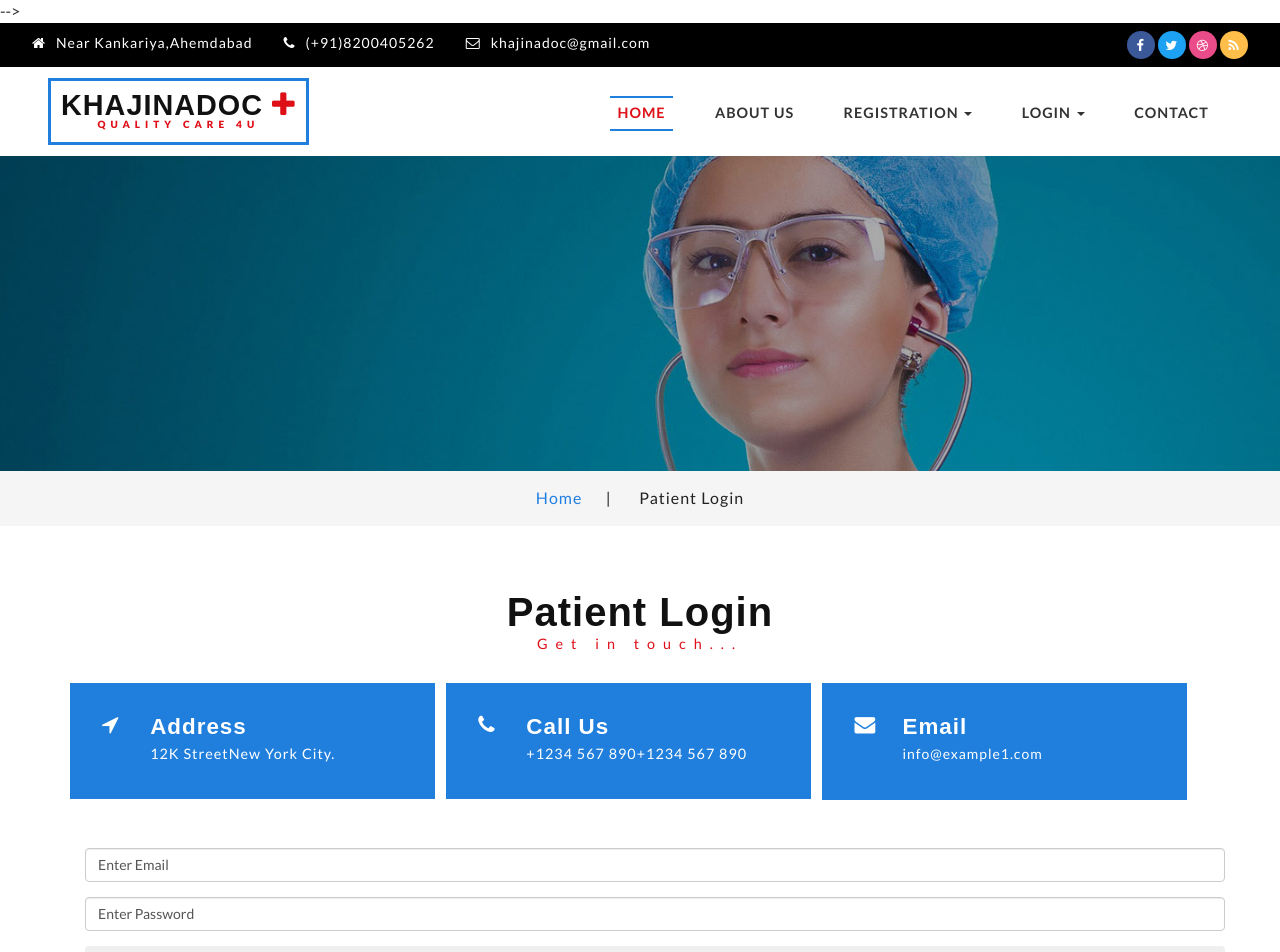
Repository: 72-faisal/Doctor_Finder
Page: http://localhost/Khajina_Doctor/Patient_Login.jsp
These files come from the project's save history. The page is drawn as it stood at one moment and after the next save; the edit follows.
The browser window is 1280 px wide. The pictures show the part of the page from y = 0 to 952 px (the page is 2170 px tall before and 2147 px after).
Some web fonts or font styles are not loaded; a fallback is used. The page is served by Tomcat 9. Other server files are loaded and not shown.

Above is the page before, as saved 2023-05-07 19:03:06.
Console error (its wording comes from the project's code and is left out).

### Khajina_Doctor/src/main/webapp/Patient_Login.jsp
<%@ page language="java" contentType="text/html; charset=ISO-8859-1"
    pageEncoding="ISO-8859-1"%>

<!--
author: W3layouts
author URL: http://w3layouts.com
License: Creative Commons Attribution 3.0 Unported
License URL: http://creativecommons.org/licenses/by/3.0/
-->
<!DOCTYPE html>
-->
<!DOCTYPE html>
<html lang="zxx">
<head>
<title>KhajinaDoc a Medical Online Solution |</title>
<!-- for-meta-tags-->
<meta name="viewport" content="width=device-width, initial-scale=1">
<meta http-equiv="Content-Type" content="text/html; charset=utf-8" />
<meta name="keywords"
	content="Health Plus Responsive web template, Bootstrap Web Templates, Flat Web Templates, Android Compatible web template,
Smartphone Compatible web template, free web designs for Nokia, Samsung, LG, SonyEricsson, Motorola web design" />
<script type="application/x-javascript">
	addEventListener("load", function() { setTimeout(hideURLbar, 0); }, false);
		function hideURLbar(){ window.scrollTo(0,1); }
</script>
<!-- //for-meta-tags-->
<link href="css/bootstrap.css" rel="stylesheet" type="text/css"
	media="all" />
<link rel="stylesheet" href="css/flexslider.css" type="text/css"
	media="screen" Department="" />
<link href="css/services.css" rel="stylesheet" type="text/css"
	media="all" />
<link href="css/ziehharmonika.css" rel="stylesheet" type="text/css">
<link href="css/JiSlider.css" rel="stylesheet">
<link href="css/style.css" rel="stylesheet" type="text/css" media="all" />
<!-- font-awesome icons -->
<link href="css/font-awesome.css" rel="stylesheet">
<!-- //font-awesome icons -->
<link
	href="//fonts.googleapis.com/css?family=Raleway:200,200i,300,300i,400,400i,500,500i,600,600i,700,700i,800"
	rel="stylesheet">
<link
	href="//fonts.googleapis.com/css?family=Lato:300,300i,400,400i,700,900"
	rel="stylesheet">

<style>
.overlay {
	border: 2px solid black;
	/* Set the border style to a 1px solid black line */
	padding: 10px;
	margin-top: 10px;
	/* Add some padding around the box content to make it easier to read */
}

.department .btn-group .btn:first-child {
	margin-right: 10px;
}

/* Style the primary button */
.btn-primary {
	background-color: #007bff;
	color: #fff;
	border: none;
}

/* Style the success button */
.btn-success {
	background-color: #28a745;
	color: #fff;
	border: none;
}

/* Add margin to the buttons */
.btn-group>.btn {
	margin-right: 5px;
}

.social_agileinfo li a {
	display: block;
	width: 30px;
	height: 30px;
	line-height: 30px;
	text-align: center;
	background: #333;
	border-radius: 50%;
	margin: 0 10px;
}

.social_agileinfo li a i {
	font-size: 18px;
}

.social_agileinfo li a:hover {
	background: #555;
}

.social_agileinfo li a:hover i {
	color: #fff;
}

.social_agileinfo li a:focus {
	outline: none;
}
</style>

</head>

<body>
	<div class="main" id="home">
		<!-- banner -->
		<div class="header_agileinfo">
			<div class="w3_agileits_header_text">
				<ul class="top_agile_w3l_info_icons">
					<li><i class="fa fa-home" aria-hidden="true"></i>Near
						Kankariya,Ahemdabad</li>
					<li class="second"><i class="fa fa-phone" aria-hidden="true"></i>(+91)8200405262</li>

					<li><i class="fa fa-envelope-o" aria-hidden="true"></i><a
						href="mailto:maria@example.com">khajinadoc@gmail.com</a></li>
				</ul>

			</div>
			<div class="agileinfo_social_icons">
				<ul class="agileits_social_list">
					<li><a href="72__faisal" class="w3_agile_facebook"><i
							class="fa fa-facebook" aria-hidden="true"></i></a></li>
					<li><a href="72__faisal" class="agile_twitter"><i
							class="fa fa-twitter" aria-hidden="true"></i></a></li>
					<li><a href="72__faisal" class="w3_agile_dribble"><i
							class="fa fa-dribbble" aria-hidden="true"></i></a></li>
					<li><a href="72__faisal" class="w3_agile_rss"><i
							class="fa fa-rss" aria-hidden="true"></i></a></li>
				</ul>
			</div>
			<div class="clearfix"></div>
		</div>

		<div class="header-bottom">
			<nav class="navbar navbar-default">
				<!-- Brand and toggle get grouped for better mobile display -->
				<div class="navbar-header">
					<button type="button" class="navbar-toggle collapsed"
						data-toggle="collapse" data-target="#bs-example-navbar-collapse-1">
						<span class="sr-only">Toggle navigation</span> <span
							class="icon-bar"></span> <span class="icon-bar"></span> <span
							class="icon-bar"></span>
					</button>
					<div class="logo">
						<h1>
							<a class="navbar-brand" href="index.jsp"><span>Khajina</span>Doc
								<i class="fa fa-plus" aria-hidden="true"></i>
								<p>Quality Care 4U</p></a>
						</h1>
					</div>
				</div>

				<!-- Collect the nav links, forms, and other content for toggling -->
				<div class="collapse navbar-collapse nav-wil"
					id="bs-example-navbar-collapse-1">
					<nav class="menu menu--sebastian">
						<ul id="m_nav_list" class="m_nav menu__list">
							<li class="m_nav_item menu__item menu__item--current"
								id="m_nav_item_1"><a href="index.jsp" class="menu__link">
									Home </a></li>
							<li class="m_nav_item menu__item" id="moble_nav_item_2"><a
								href="about.jsp" class="menu__link"> About Us </a></li>
							<li class="m_nav_item menu__item" id="moble_nav_item_3 dropdown">
								<a href="#" class="menu__link dropdown-toggle"
								data-toggle="dropdown">Registration <b class="caret"></b></a>
								<ul class="dropdown-menu agile_short_dropdown">
									<li><a href="Patient_Registration.jsp">As Patient </a></li>
									<li><a href="Doctor_Registration.jsp">As Doctor </a></li>
								</ul>
							</li>
							<li class="m_nav_item menu__item" id="moble_nav_item_3 dropdown">
								<a href="#" class="menu__link dropdown-toggle"
								data-toggle="dropdown">Login <b class="caret"></b></a>
								<ul class="dropdown-menu agile_short_dropdown">
									<li><a href="Patient_Login.jsp">Patient Login</a></li>
									<li><a href="Doctor_Login.jsp">Doctor Login</a></li>
									<li><a href="admin-Login.jsp">Admin Login</a></li>
								</ul>
							</li>
							<li class="m_nav_item menu__item" id="moble_nav_item_6"><a
								href="contact.jsp" class="menu__link"> Contact </a></li>
						</ul>
					</nav>

				</div>
				<!-- /.navbar-collapse -->
			</nav>
		</div>
	</div>
	<!-- banner -->
<!-- banner1 -->
	<div class="banner1 jarallax">
		<div class="container">
		</div>
	</div>

	<div class="services-breadcrumb">
		<div class="container">
			<ul>
				<li><a href="index.jsp">Home</a><i>|</i></li>
				<li>Patient Login</li>
			</ul>
		</div>
	</div>
<!-- //banner1 -->
	<div class="banner-bottom" id="about">
		<div class="container">
			<h2 class="w3_heade_tittle_agile">Patient Login</h2>
		    <p class="sub_t_agileits">Get in touch...</p>

           <div class="contact-top-agileits">
               <div class="col-md-4 contact-grid ">
					<div class="contact-grid1 agileits-w3layouts">
						<i class="fa fa-location-arrow"></i>
						<div class="con-w3l-info">
						   <h4>Address </h4>
						  <p>12K Street<span>New York City.</span></p>
						</div>
						<div class="clearfix"></div>
					</div>
				</div>
				<div class="col-md-4 contact-grid">
					<div class="contact-grid2 w3">
						<i class="fa fa-phone" aria-hidden="true"></i>
						<div class="con-w3l-info">
						  <h4>Call Us</h4>
						   <p>+1234 567 890<span>+1234 567 890</span></p>
						</div>
						<div class="clearfix"></div>
					</div>
				</div>
				<div class="col-md-4 contact-grid">
					<div class="contact-grid3 w3l">
						<i class="fa fa-envelope"></i>
						<div class="con-w3l-info">
						  <h4>Email</h4>
						  <p><a href="mailto:info@example.com">info@example1.com</a>

						  </p></div>
						  <div class="clearfix"></div>
					</div>
				</div>
				<div class="clearfix"></div>

			</div>
			<div class="contact-form-aits">
				 <!--contact -->
      <section class="contact py-lg-4 py-md-3 py-sm-3 py-3">
         <div class="container py-lg-5 py-md-4 py-sm-4 py-3">
            <div class="contact-list-grid">
             <%String msg = (String)request.getAttribute("msg"); %>
            <%if(msg!=null){ %>
            	<h4><%out.print(msg); %></h4>
            <%} %>

               <form action="PatientController" method="post">
                  <div class=" agile-wls-contact-mid">


                   <div class="form-group contact-forms">
                        <input type="email" class="form-control" placeholder="Enter Email" name="email">
                     </div>
                   <div class="form-group contact-forms">
                        <input type="password" class="form-control" placeholder="Enter Password" name="password">
                    </div>
                    <button type="submit" name="action" value="Login"  class="btn btn-block sent-butnn">Login</button>
                  </div>

               </form>
                <h5 class="text-center mb-lg-5 mb-md-4 mb-sm-4 mb-3">
               	<a href="Patient-forgetpassword.jsp">Forget Password?></a>
               </h5>
            </div>
         </div>
         <!--//contact-map -->
      </section>
				  <ul class="agileits_social_list two">
				        <li class="fallow"> Follow Us :</li>
								<li><a href="#" class="w3_agile_facebook"><i class="fa fa-facebook" aria-hidden="true"></i></a></li>
								<li><a href="#" class="agile_twitter"><i class="fa fa-twitter" aria-hidden="true"></i></a></li>
								<li><a href="#" class="w3_agile_dribble"><i class="fa fa-dribbble" aria-hidden="true"></i></a></li>
								<li><a href="#" class="w3_agile_rss"><i class="fa fa-rss" aria-hidden="true"></i></a></li>
							</ul>

			   </div>
	    </div>
	</div>

<div class="map_agile">
<iframe src="https://www.google.com/maps/embed?pb=!1m18!1m12!1m3!1d387142.84010033106!2d-74.25819252532891!3d40.70583163828471!2m3!1f0!2f0!3f0!3m2!1i1024!2i768!4f13.1!3m3!1m2!1s0x89c24fa5d33f083b%3A0xc80b8f06e177fe62!2sNew+York%2C+NY%2C+USA!5e0!3m2!1sen!2sin!4v1475140387172" style="border:0"></iframe>


</div>
	<!-- footer -->
	<div class="footer">
		<div class="container">
			<h4>
				Subscribe to <span>Newsletter</span>
			</h4>
			<form action="#" method="post">
				<input type="email" name="Email" placeholder="Enter Your Email..."
					required=""> <input type="submit" value="Send">
			</form>
			<div class="agile_footer_copy">
				<div class="w3agile_footer_grids">
					<div class="col-md-4 w3agile_footer_grid">
						<h3>About Us</h3>
						<p>
							"Welcome to KhajinDoc, the leading doctor finder app for
							finding top-quality healthcare providers near you. Our app is
							designed to make it easy for you to find and book appointments
							with the best doctors, surgeons, and specialists in your area.</span>
						</p>
					</div>
					<div class="col-md-4 w3agile_footer_grid">
						<h3>Contact Info</h3>
						<ul>
							<li><i class="fa fa-map-marker" aria-hidden="true"></i>Near
								Kankariya <span>Ahmedabad.</span></li>
							<li><i class="fa fa-envelope-o" aria-hidden="true"></i><a
								href="khajinadoc@gmail.com">khajinadoc@gmail.com</a></li>
							<li><i class="fa fa-phone" aria-hidden="true"></i>+91
								8200405262</li>
						</ul>
					</div>
					<div class="col-md-4 w3agile_footer_grid w3agile_footer_grid1">
						<h3>Navigation</h3>
						<ul>
							<li><span class="fa fa-long-arrow-right" aria-hidden="true"></span><a
								href="Department-home.jsp">Department</a></li>
							<li><span class="fa fa-long-arrow-right" aria-hidden="true"></span><a
								href="appointment.jsp">Appointment</a></li>
							<li><span class="fa fa-long-arrow-right" aria-hidden="true"></span><a
								href="about.jsp">About</a></li>
							<li><span class="fa fa-long-arrow-right" aria-hidden="true"></span><a
								href="contact.jsp">Contact Us</a></li>
						</ul>
					</div>
					<div class="clearfix"></div>
				</div>
			</div>
			<div class="w3_agileits_copy_right_social">
				<div class="col-md-6 agileits_w3layouts_copy_right">
					<p>&copy; 2023 KHAJINADOC. All rights reserved.</p>
				</div>
				<div class="col-md-6 w3_agile_copy_right">
					<ul class="agileits_social_list">
						<li><a href="#" class="w3_agile_facebook"><i
								class="fa fa-facebook" aria-hidden="true"></i></a></li>
						<li><a href="#" class="agile_twitter"><i
								class="fa fa-twitter" aria-hidden="true"></i></a></li>
						<li><a href="#" class="w3_agile_dribble"><i
								class="fa fa-dribbble" aria-hidden="true"></i></a></li>
						<li><a href="#" class="w3_agile_rss"><i class="fa fa-rss"
								aria-hidden="true"></i></a></li>
					</ul>
				</div>
				<div class="clearfix"></div>
			</div>
		</div>
	</div>
	<!-- //footer -->
	<a href="#" id="toTop" style="display: block;"> <span
		id="toTopHover" style="opacity: 1;"> </span></a>
	<!-- js -->
	<script src="js/jquery-2.2.3.min.js"></script>
	<script src="js/JiSlider.js"></script>
	<script>
		$(window).load(function() {
			$('#JiSlider').JiSlider({
				color : '#fff',
				start : 3,
				reverse : true
			}).addClass('ff')
		})
	</script>
	<script type="text/javascript">
		var _gaq = _gaq || [];
		_gaq.push([ '_setAccount', 'UA-36251023-1' ]);
		_gaq.push([ '_setDomainName', 'jqueryscript.net' ]);
		_gaq.push([ '_trackPageview' ]);

		(function() {
			var ga = document.createElement('script');
			ga.type = 'text/javascript';
			ga.async = true;
			ga.src = ('https:' == document.location.protocol ? 'https://ssl'
					: 'http://www')
					+ '.google-analytics.com/ga.js';
			var s = document.getElementsByTagName('script')[0];
			s.parentNode.insertBefore(ga, s);
		})();
	</script>

	<script src="js/ziehharmonika.js"></script>
	<script>
		$(document).ready(function() {
			$('.ziehharmonika').ziehharmonika({
				collapsible : true,
				prefix : ''
			});
		});
	</script>
	<!-- stats -->
	<script src="js/jquery.waypoints.min.js"></script>
	<script src="js/jquery.countup.js"></script>
	<script>
		$('.counter').countUp();
	</script>
	<!-- //stats -->
	<script type="text/javascript">
		$(function() {
			$("#bars li .bar").each(function(key, bar) {
				var percentage = $(this).data('percentage');

				$(this).animate({
					'height' : percentage + '%'
				}, 1000);
			})
		})
	</script>

	<!-- bootstrap-pop-up -->
	<div class="modal video-modal fade" id="myModal" tabindex="-1"
		role="dialog" aria-labelledby="myModal">
		<div class="modal-dialog" role="document">
			<div class="modal-content">
				<div class="modal-header">
					Health Plus
					<button type="button" class="close" data-dismiss="modal"
						aria-label="Close">
						<span aria-hidden="true">&times;</span>
					</button>
				</div>
				<section>
					<div class="modal-body">
						<img src="images/g9.jpg" alt=" " class="img-responsive" />
						<p>
							Ut enim ad minima veniam, quis nostrum exercitationem ullam
							corporis suscipit laboriosam, nisi ut aliquid ex ea commodi
							consequatur? Quis autem vel eum iure reprehenderit qui in ea
							voluptate velit esse quam nihil molestiae consequatur, vel illum
							qui dolorem eum fugiat quo voluptas nulla pariatur. <i>" Quis
								autem vel eum iure reprehenderit qui in ea voluptate velit esse
								quam nihil molestiae consequatur.</i>
						</p>
					</div>
				</section>
			</div>
		</div>
	</div>
	<!-- //bootstrap-pop-up -->

	<!-- flexSlider -->
	<script defer src="js/jquery.flexslider.js"></script>
	<script type="text/javascript">
		$(window).load(function() {
			$('.flexslider').flexslider({
				animation : "slide",
				start : function(slider) {
					$('body').removeClass('loading');
				}
			});
		});
	</script>
	<!-- //flexSlider -->


	<!-- start-smoth-scrolling -->
	<script type="text/javascript" src="js/move-top.js"></script>
	<script type="text/javascript" src="js/easing.js"></script>
	<script type="text/javascript">
		jQuery(document).ready(function($) {
			$(".scroll").click(function(event) {
				event.preventDefault();
				$('html,body').animate({
					scrollTop : $(this.hash).offset().top
				}, 1000);
			});
		});
	</script>
	<!-- start-smoth-scrolling -->
	<script src="js/jarallax.js"></script>
	<script src="js/SmoothScroll.min.js"></script>
	<script type="text/javascript">
		/* init Jarallax */
		$('.jarallax').jarallax({
			speed : 0.5,
			imgWidth : 1366,
			imgHeight : 768
		})
	</script>

	<script src="js/bootstrap.js"></script>
	<!-- //for bootstrap working -->
	<!-- here stars scrolling icon -->
	<script type="text/javascript">
		$(document).ready(function() {
			/*
				var defaults = {
				containerID: 'toTop', // fading element id
				containerHoverID: 'toTopHover', // fading element hover id
				scrollSpeed: 1200,
				easingType: 'linear'
				};
			 */

			$().UItoTop({
				easingType : 'easeOutQuart'
			});

		});
	</script>
	<!-- //here ends scrolling icon -->
</body>
</html>

### Khajina_Doctor/src/main/webapp/css/services.css
.ch-item {
	width: 100%;
	height: 100%;
	border-radius: 50%;
	position: relative;
	cursor: default;
	-webkit-perspective: 900px;
	-moz-perspective: 900px;
	-o-perspective: 900px;
	-ms-perspective: 900px;
	perspective: 900px;
}
.ch-info{
	position: absolute;
	width: 100%;
	height: 100%;
	-webkit-transform-style: preserve-3d;
	-moz-transform-style: preserve-3d;
	-o-transform-style: preserve-3d;
	-ms-transform-style: preserve-3d;
	transform-style: preserve-3d;
}
.ch-info > div {
	display: block;
	position: absolute;
	width: 100%;
	height: 100%;
	border-radius: 50%;
	background-position: center center;
	-webkit-transition: all 0.4s linear;
	-moz-transition: all 0.4s linear;
	-o-transition: all 0.4s linear;
	-ms-transition: all 0.4s linear;
	transition: all 0.4s linear;
	-webkit-transform-origin: 50% 0%;
	-moz-transform-origin: 50% 0%;
	-o-transform-origin: 50% 0%;
	-ms-transform-origin: 50% 0%;
	transform-origin: 50% 0%;
}

.ch-info .ch-info-front {
      border: 10px solid #1c588e;
    background: #fff;
}

.ch-info .ch-info-back {
	-webkit-transform: translate3d(0,0,-220px) rotate3d(1,0,0,90deg);
	-moz-transform: translate3d(0,0,-220px) rotate3d(1,0,0,90deg);
	-o-transform: translate3d(0,0,-220px) rotate3d(1,0,0,90deg);
	-ms-transform: translate3d(0,0,-220px) rotate3d(1,0,0,90deg);
	transform: translate3d(0,0,-220px) rotate3d(1,0,0,90deg);
	background: #000;
	opacity: 0;
}
.ch-info-front.ch-img-1 i,.ch-info-front.ch-img-2 i,.ch-info-front.ch-img-3 i ,.ch-info-front.ch-img-4 i ,.ch-info-front.ch-img-5 i   {
    color: #232323;
    font-size: 4em;
    line-height: 3em;
}

.ch-info h5 {
    color: #fff;
    text-transform: uppercase;
    letter-spacing: 2px;
    font-size: 20px;
    margin: 0 15px;
    padding: 78px 0 0 0;
    height: 110px;
    text-shadow: 0 0 1px #fff, 0 1px 2px rgba(0,0,0,0.3);
}

.ch-info p {
	color: #de0f17;
    padding:10px 5px;
    font-style:italic;
    margin:0 30px;
    font-size:12px;
    border-top:1px solid rgba(47, 46, 46, 0.5);
}

.ch-info p a {
	display: block;
	color: #fff;
	color: rgba(255,255,255,0.7);
	font-style: normal;
	font-weight: 700;
	text-transform: uppercase;
	font-size: 9px;
	letter-spacing: 1px;
	padding-top: 4px;
	font-family: 'Open Sans', Arial, sans-serif;
}

.ch-info p a:hover {
	color: #fff222;
	color: rgba(255,242,34, 0.8);
}

.ch-item:hover .ch-info-front {
	-webkit-transform: translate3d(0,280px,0) rotate3d(1,0,0,-90deg);
	-moz-transform: translate3d(0,280px,0) rotate3d(1,0,0,-90deg);
	-o-transform: translate3d(0,280px,0) rotate3d(1,0,0,-90deg);
	-ms-transform: translate3d(0,280px,0) rotate3d(1,0,0,-90deg);
	transform: translate3d(0,280px,0) rotate3d(1,0,0,-90deg);
	opacity: 0;
}

.ch-item:hover .ch-info-back {
	-webkit-transform: rotate3d(1,0,0,0deg);
	-moz-transform: rotate3d(1,0,0,0deg);
	-o-transform: rotate3d(1,0,0,0deg);
	-ms-transform: rotate3d(1,0,0,0deg);
	transform: rotate3d(1,0,0,0deg);
	opacity: 1;
}

### Khajina_Doctor/src/main/webapp/css/ziehharmonika.css
/* @author Tim himself */

.ziehharmonika h3 {
    background: rgba(255, 255, 255, 0);
    color: #151414;
    text-align: left;
    border-radius: 0px;
    padding: 25px 20px;
    cursor: pointer;
    margin-top: 0;
    margin-bottom: 25px;
    padding-right: 40px;
    transition: 0.25s all;
    position: relative;
    border: 6px solid #191919;
    font-weight: 700;
    letter-spacing: 1px;
}
.ziehharmonika h3.active {
    margin-bottom: 21px;
  background: #207fdc;
    border: 6px solid rgba(44, 185, 139, 0.01);
}
.ziehharmonika h3::before {
	content: attr(data-prefix);
	font-size: 18px;
	margin-right: 9px;
}
.ziehharmonika > div {
	display: none;
	    background: #fff;
    border-radius: 0;
    border: 1px solid #cdcdcd;
    text-align: left;
    padding: 31px 33px;
    margin-bottom: 9px;
}
.ziehharmonika .arrowDown {
	width: 0;
	height: 0;
	border-style: solid;
	border-width: 13.0px 7.5px 0 7.5px;
	border-color: #272e35 transparent transparent transparent;
	position: absolute;
	bottom: 0;
	left: 40px;
	transition: 0.25s all;
	opacity: 0;
}
.ziehharmonika .active .arrowDown {
       bottom: -18px;
    border-color: #207fdc transparent transparent transparent;
    opacity: 1;
}
.ziehharmonika .collapseIcon {
	    position: absolute;
    right: 20px;
    top: 52%;
    font-size: 30px;
    font-weight: 400;
    -ms-transform: translate(0, -50%);
    transform: translate(0, -50%);
}
/*--/Responsive--*/
@media(max-width:640px){
	.ziehharmonika > div {
		display: none;
		background: #fff;
		border-radius: 0;
		border: 1px solid #cdcdcd;
		text-align: left;
		padding: 15px 15px;
		margin-bottom: 9px;
	}
	.ziehharmonika h3 {
      padding: 15px 20px;
	}
}
@media(max-width:414px){
	.ziehharmonika h3 {
		padding: 9px 15px;
		margin-bottom: 14px;
		padding-right: 40px;
		font-size: 1.2em;
	}
}
/*--//Responsive--*/

Loaded but not shown: Khajina_Doctor/src/main/webapp/css/bootstrap.css (library); Khajina_Doctor/src/main/webapp/css/font-awesome.css (library); Khajina_Doctor/src/main/webapp/js/jquery-2.2.3.min.js (library); Khajina_Doctor/src/main/webapp/js/jquery.waypoints.min.js (library); Khajina_Doctor/src/main/webapp/js/jquery.countup.js (common file); Khajina_Doctor/src/main/webapp/js/SmoothScroll.min.js (library); Khajina_Doctor/src/main/webapp/js/bootstrap.js (library); Khajina_Doctor/src/main/webapp/js/jquery.flexslider.js (library); Khajina_Doctor/src/main/webapp/js/jarallax.js (433 lines, source omitted); Khajina_Doctor/src/main/webapp/js/JiSlider.js (205 lines, source omitted); Khajina_Doctor/src/main/webapp/js/easing.js (140 lines, source omitted); Khajina_Doctor/src/main/webapp/js/ziehharmonika.js (81 lines, source omitted); Khajina_Doctor/src/main/webapp/js/move-top.js (5 lines, source omitted); Khajina_Doctor/src/main/webapp/css/style.css (4106 lines, source omitted); Khajina_Doctor/src/main/webapp/css/JiSlider.css (298 lines, source omitted); Khajina_Doctor/src/main/webapp/css/flexslider.css (157 lines, source omitted)

After the next save:
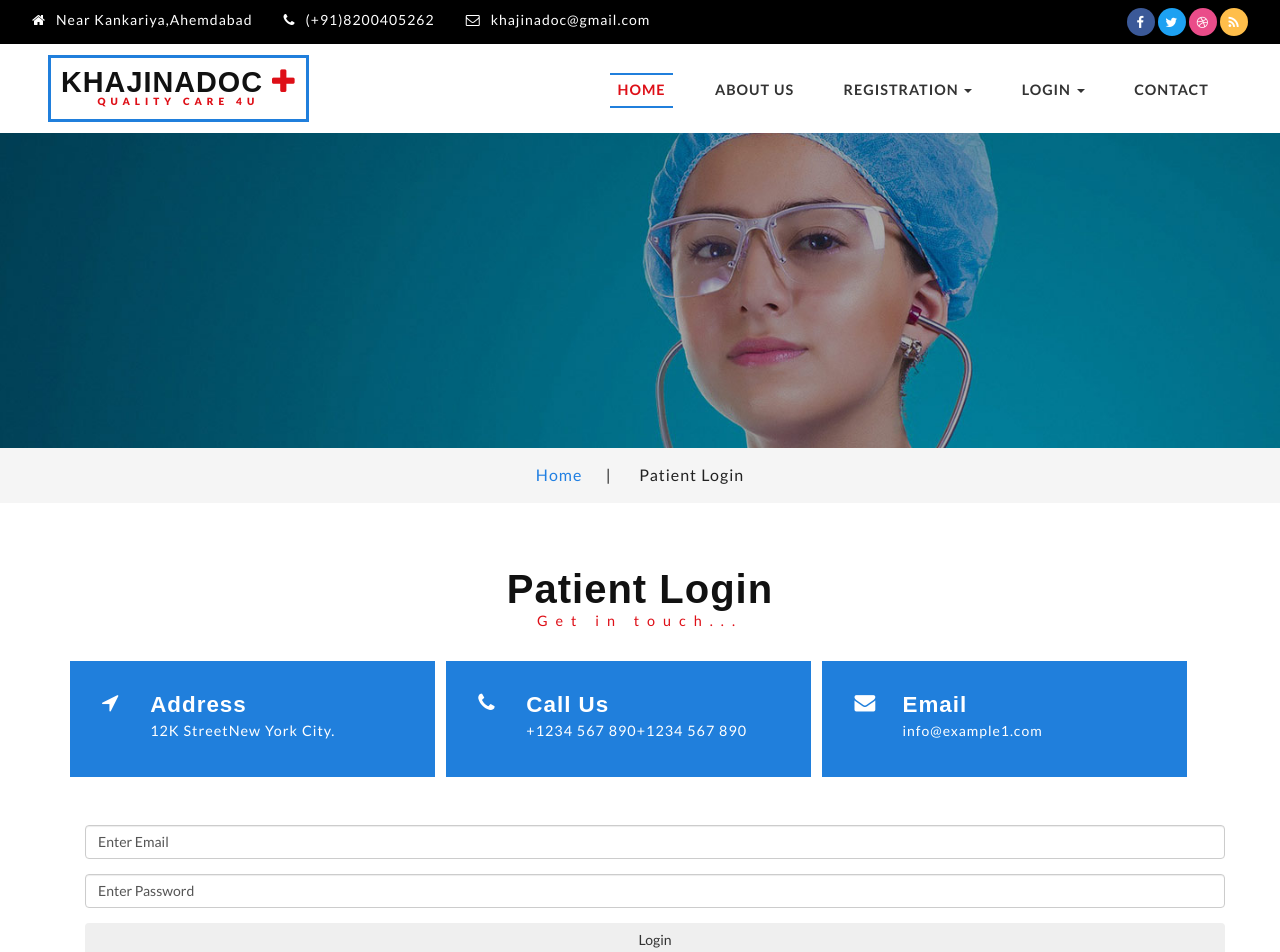
Saved 65 s later.
--- a/Khajina_Doctor/src/main/webapp/Patient_Login.jsp
+++ b/Khajina_Doctor/src/main/webapp/Patient_Login.jsp
@@ -6,8 +6,6 @@ author: W3layouts
 author URL: http://w3layouts.com
 License: Creative Commons Attribution 3.0 Unported
 License URL: http://creativecommons.org/licenses/by/3.0/
--->
-<!DOCTYPE html>
 -->
 <!DOCTYPE html>
 <html lang="zxx">
